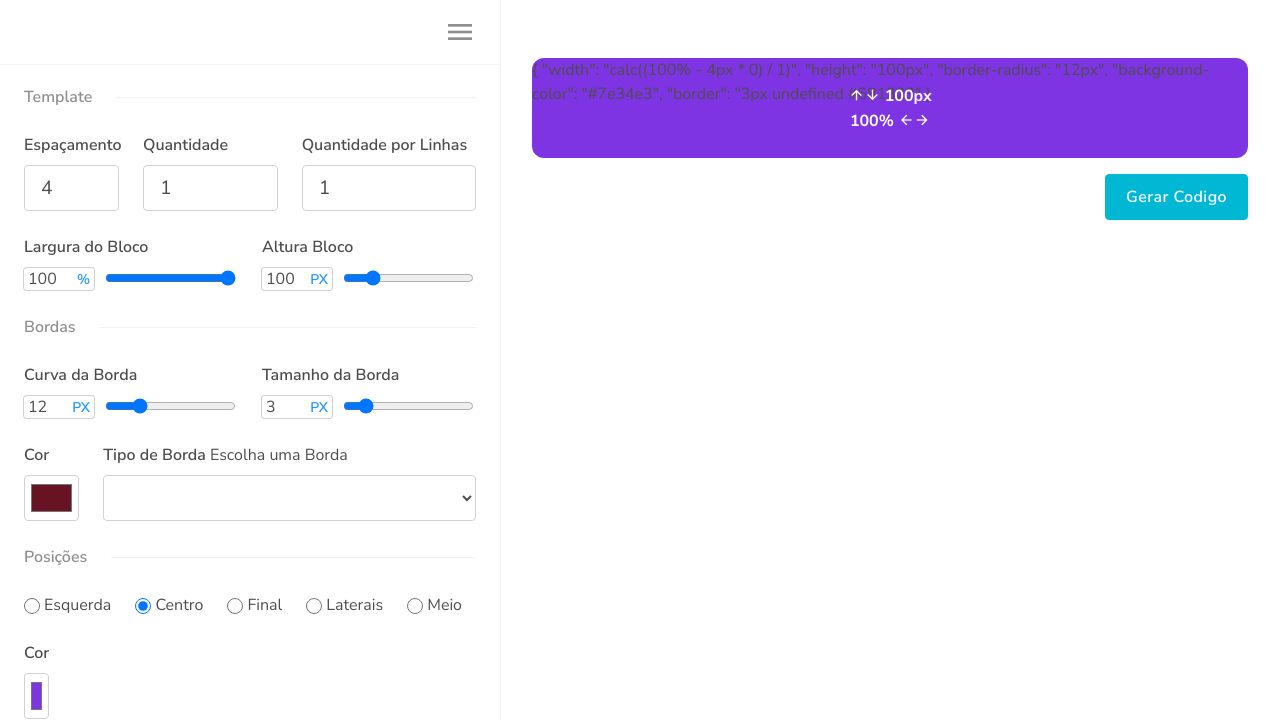
Repository: Flintdl/lowcode-elements
Page: /
The author's editor kept a copy of each file at every save. The page is drawn from the files as they stood at one save, then again after the next save.
The browser window is 1280 px wide. The pictures show the whole page.
The project was rebuilt for these pictures with package versions that can differ from the ones it lists, and the page was loaded fresh each time. Also part of the build but not shown: vue.config.js.

Above is the page before, as saved 2022-04-05 16:05:45.

After the next save:
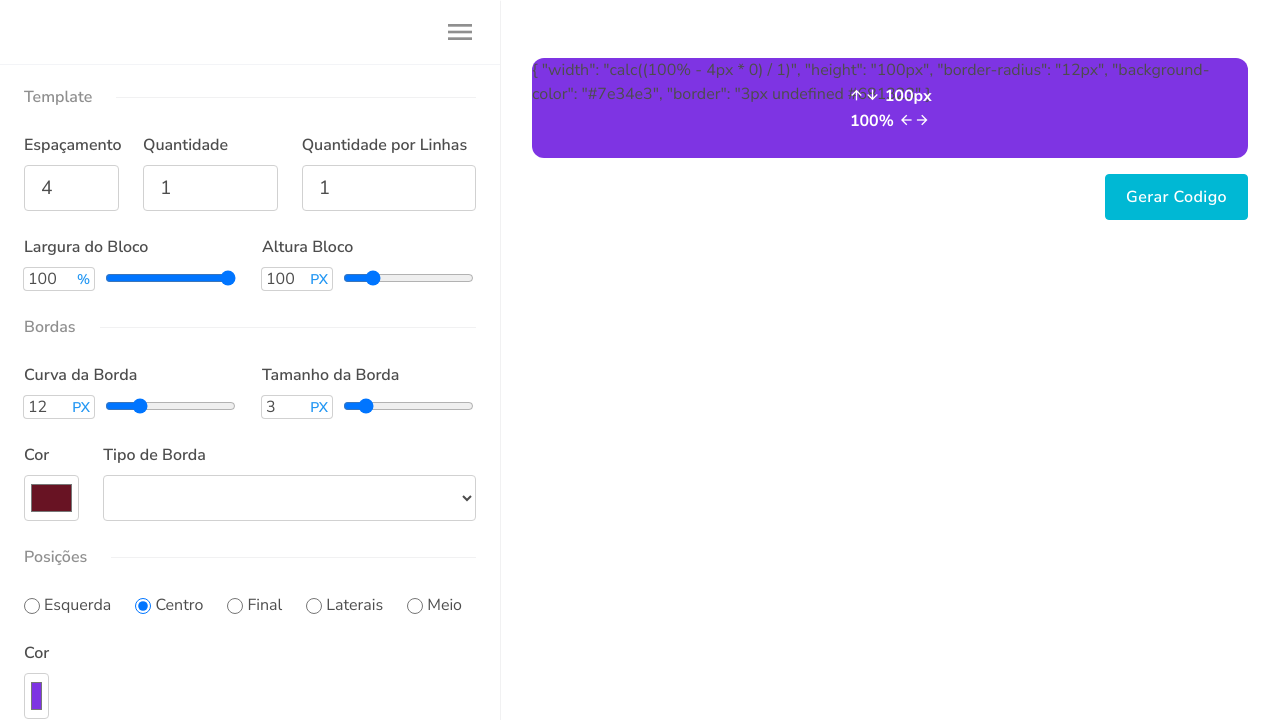
Saved 28 s later.
--- a/src/components/Menu/MenuTemplate.vue
+++ b/src/components/Menu/MenuTemplate.vue
@@ -142,7 +142,7 @@ export default {
       inputColor: (this.inputColor = "#7e34e3"),
       inputBorder: (this.inputBorder = "3"),
       inputBorderColor: (this.inputBorderColor = "#681323"),
-      inputBorderTipo: (this.inputBorderTipo = "Escolha uma Borda"),
+      inputBorderTipo: this.inputBorderTipo,
       image: image,
     };
   },
